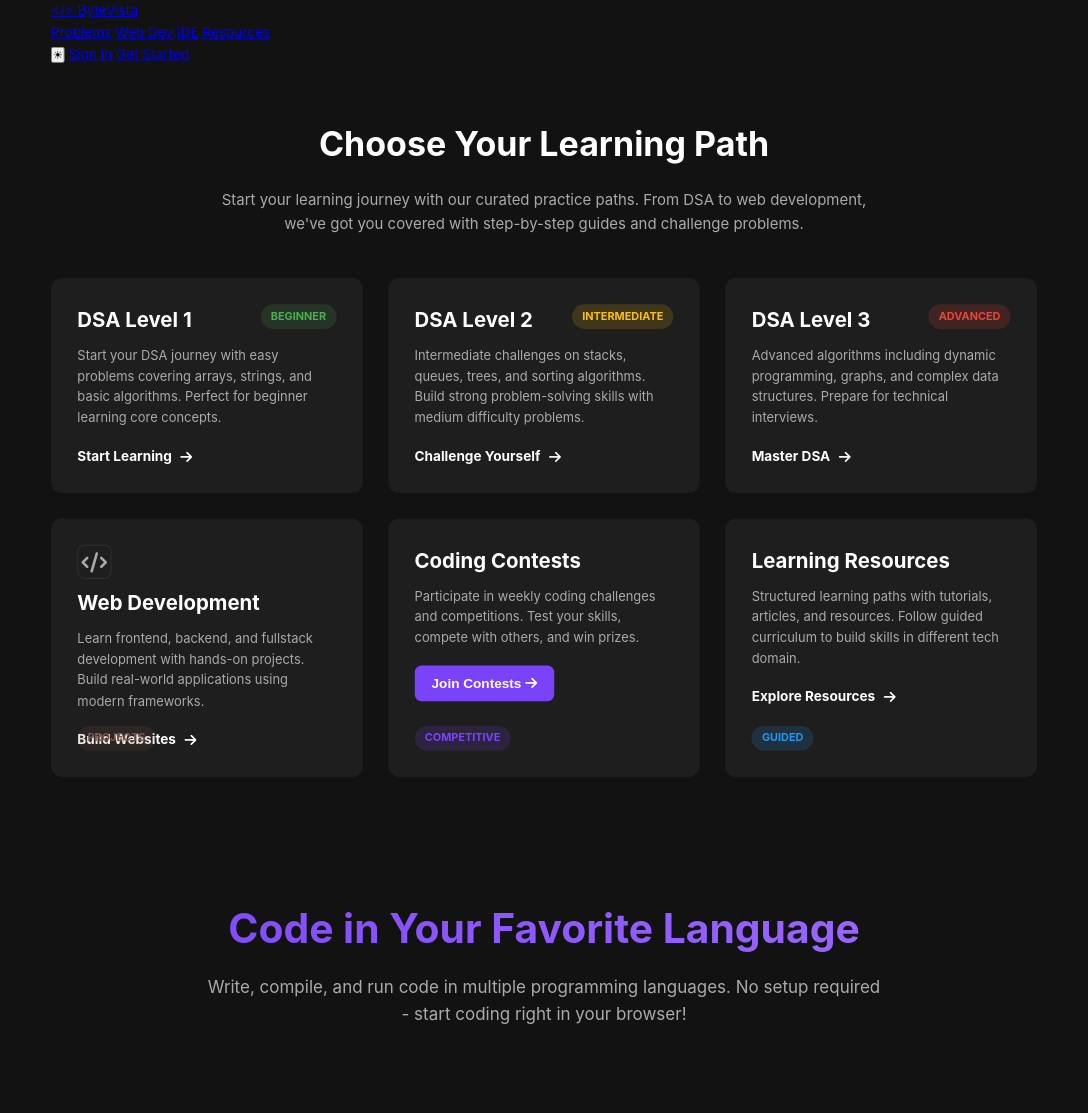
Repository: biswaranjansatapathy2005-lang/ByteVista
Page: frontend/course/course.html
The author's editor kept a copy of each file at every save. The page is drawn from the files as they stood at one save, then again after the next save.
The browser window is 1280 px wide. The pictures show the whole page, at 85% of full size.

Above is the page before, as saved 2025-12-13 02:35:29.
Console error: TypeError: Cannot read properties of null (reading 'classList')

### frontend/course/course.html
<!DOCTYPE html>
<html lang="en">
<head>
    <meta charset="UTF-8">
    <meta name="viewport" content="width=device-width, initial-scale=1.0">
    <title>ByteVista-style Course Section</title>
    <link rel="stylesheet" href="course.css">
    <link rel="stylesheet" href="https://cdnjs.cloudflare.com/ajax/libs/font-awesome/6.0.0-beta3/css/all.min.css">
</head>
<body>
   <header class="navbar" id="navbar">
        <div class="container nav-container">
            <a href="#" class="brand-logo">
                <span class="logo-icon">&lt;/&gt;</span>
                <span class="logo-text">ByteVista</span>
            </a>

            <nav class="nav-links">
                <a href="#">Problems</a>
                <a href="#">Web Dev</a>
                <a href="#">IDE</a>
                <a href="#">Resources</a>
            </nav>

            <div class="nav-actions">
                 <button class="theme-toggle" aria-label="Toggle Theme">☀</button>
                 <a href="#" class="btn-signin">Sign In</a>
                 <a href="#" class="btn-primary">Get Started</a>
            </div>
        </div>
    </header>
    <script>
    const header = document.querySelector('.main-header');

    window.addEventListener('scroll', () => {
        if (window.scrollY > 10) {
            header.classList.add('scrolled');
        } else {
            header.classList.remove('scrolled');
        }
    });
</script>


    <section class="learning-paths">
        <div class="container">
            <h2 class="section-title">Choose Your Learning Path</h2>
            <p class="section-subtitle">
                Start your learning journey with our curated practice paths. From DSA to web development,
                we've got you covered with step-by-step guides and challenge problems.
            </p>

            <div class="card-grid">
                <a href="#" class="card card-dsa-1">
                    <span class="tag tag-beginner">Beginner</span>
                    <div class="card-content">
                        <h3>DSA Level 1</h3>
                        <p>Start your DSA journey with easy problems covering arrays, strings, and basic algorithms. Perfect for beginner learning core concepts.</p>
                        <div class="card-link">
                            Start Learning <i class="fas fa-arrow-right"></i>
                        </div>
                    </div>
                </a>

                <a href="#" class="card card-dsa-2">
                    <span class="tag tag-intermediate">Intermediate</span>
                    <div class="card-content">
                        <h3>DSA Level 2</h3>
                        <p>Intermediate challenges on stacks, queues, trees, and sorting algorithms. Build strong problem-solving skills with medium difficulty problems.</p>
                        <div class="card-link">
                            Challenge Yourself <i class="fas fa-arrow-right"></i>
                        </div>
                    </div>
                </a>

                <a href="#" class="card card-dsa-3">
                    <span class="tag tag-advanced">Advanced</span>
                    <div class="card-content">
                        <h3>DSA Level 3</h3>
                        <p>Advanced algorithms including dynamic programming, graphs, and complex data structures. Prepare for technical interviews.</p>
                        <div class="card-link">
                            Master DSA <i class="fas fa-arrow-right"></i>
                        </div>
                    </div>
                </a>

                <a href="#" class="card card-web-dev">
                    <span class="icon-indicator"><i class="fas fa-code"></i></span>
                    <span class="tag tag-projects">Projects</span>
                    <div class="card-content">
                        <h3>Web Development</h3>
                        <p>Learn frontend, backend, and fullstack development with hands-on projects. Build real-world applications using modern frameworks.</p>
                        <div class="card-link">
                            Build Websites <i class="fas fa-arrow-right"></i>
                        </div>
                    </div>
                </a>

                <a href="#" class="card card-contests">
                    <span class="tag tag-competitive">Competitive</span>
                    <div class="card-content">
                        <h3>Coding Contests</h3>
                        <p>Participate in weekly coding challenges and competitions. Test your skills, compete with others, and win prizes.</p>
                        <button class="join-btn">Join Contests <i class="fas fa-arrow-right"></i></button>
                    </div>
                </a>

                <a href="#" class="card card-resources">
                    <span class="tag tag-guided">Guided</span>
                    <div class="card-content">
                        <h3>Learning Resources</h3>
                        <p>Structured learning paths with tutorials, articles, and resources. Follow guided curriculum to build skills in different tech domain.</p>
                        <div class="card-link">
                            Explore Resources <i class="fas fa-arrow-right"></i>
                        </div>
                    </div>
                </a>
            </div>
        </div>
    </section>

    <section class="code-section">
        <h2 class="code-title">Code in Your Favorite Language</h2>
        <p class="code-subtitle">
            Write, compile, and run code in multiple programming languages. No setup required - start coding right in your browser!
        </p>
    </section>

    <script src="course.js"></script>
</body>
</html>

### frontend/course/course.css
/* Base Styles for Dark Theme */
:root {
    --color-background: #121212; /* Very dark background */
    --color-card-bg: #1e1e1e; /* Slightly lighter card background */
    --color-text-primary: #ffffff;
    --color-text-secondary: #aaaaaa;
    --color-accent-purple: #7b43f9; /* Main CTA purple */
    --color-border-subtle: #333333;
    --color-shadow: rgba(0, 0, 0, 0.4);

    /* Tag Colors (adjust as needed) */
    --tag-beginner-bg: rgba(76, 175, 80, 0.15); /* Greenish */
    --tag-beginner-text: #4caf50;
    --tag-intermediate-bg: rgba(255, 193, 7, 0.15); /* Yellowish */
    --tag-intermediate-text: #ffc107;
    --tag-advanced-bg: rgba(244, 67, 54, 0.15); /* Reddish */
    --tag-advanced-text: #f44336;
    --tag-projects-bg: rgba(121, 85, 72, 0.15); /* Browish */
    --tag-projects-text: #795548;
    --tag-competitive-bg: rgba(123, 67, 249, 0.15); /* Purpleish */
    --tag-competitive-text: #7b43f9;
    --tag-guided-bg: rgba(33, 150, 243, 0.15); /* Bluish */
    --tag-guided-text: #2196f3;
}

* {
    box-sizing: border-box;
    margin: 0;
    padding: 0;
}

body {
    font-family: 'Inter', sans-serif; /* Use a modern font-family */
    background-color: var(--color-background);
    color: var(--color-text-primary);
    line-height: 1.6;
    min-height: 100vh;
}

.container {
    max-width: 1200px;
    margin: 0 auto;
    padding: 0 20px;
}

/* Header Styling - Mock-up based on image */
.main-header {
    display: flex;
    justify-content: space-between;
    align-items: center;
    padding: 20px 40px;
    border-bottom: 1px solid var(--color-border-subtle);
    position: fixed;
    background: rgba(18, 18, 18, 0.25); /* transparent dark */
    backdrop-filter: blur(12px);        /* glass blur */
    -webkit-backdrop-filter: blur(12px);

    border-bottom: 1px solid rgba(255, 255, 255, 0.05);

    transition:
        padding 0.25s ease,
        background 0.25s ease,
        border-color 0.3s ease,
        backdrop-filter 0.3s ease;

    top: 0;
    left: 0;
    width: 100%;
    z-index: 999;
}
.main-header.scrolled {
    background: rgba(18, 18, 18, 0.55);         /* stronger background */
    backdrop-filter: blur(18px);
    -webkit-backdrop-filter: blur(18px);

    padding: 12px 40px;                         /* tighten navbar */
    border-bottom: 1px solid rgba(255, 255, 255, 0.12);
}

.logo {
    font-size: 1.25rem;
    color: var(--color-text-primary);
}

nav ul {
    list-style: none;
    display: flex;
}

nav ul li a {
    text-decoration: none;
    color: var(--color-text-secondary);
    padding: 10px 15px;
    transition: color 0.3s;
}

nav ul li a:hover {
    color: var(--color-text-primary);
}

.user-actions .sign-in {
    background: none;
    border: none;
    color: var(--color-text-secondary);
    padding: 10px 20px;
    cursor: pointer;
}

.user-actions .get-started {
    background-color: var(--color-accent-purple);
    color: var(--color-text-primary);
    border: none;
    border-radius: 8px;
    padding: 10px 20px;
    cursor: pointer;
    font-weight: bold;
    transition: background-color 0.3s;
}

.user-actions .get-started:hover {
    background-color: #9c6eff; /* Lighter purple on hover */
}

/* Section Title and Subtitle */
.learning-paths {
    padding: 60px 0;
}

.section-title {
    text-align: center;
    font-size: 2.5rem;
    margin-bottom: 20px;
}

.section-subtitle {
    text-align: center;
    color: var(--color-text-secondary);
    max-width: 800px;
    margin: 0 auto 50px;
    font-size: 1.1rem;
}

/* Card Grid Layout */
.card-grid {
    display: grid;
    grid-template-columns: repeat(3, 1fr); /* 3 columns for the main section */
    gap: 30px;
}

/* Card General Style */
.card {
    display: block; /* Make the whole card clickable */
    text-decoration: none;
    background-color: var(--color-card-bg);
    border-radius: 12px;
    padding: 30px;
    position: relative;
    overflow: hidden;
    color: var(--color-text-primary);
    border: 1px solid var(--color-card-bg); /* Initial border */

    /* Transition for subtle animation */
    transition: transform 0.3s ease, box-shadow 0.3s ease, border-color 0.3s ease;
}

.card:hover {
    transform: translateY(-5px); /* Lift effect */
    box-shadow: 0 15px 30px var(--color-shadow); /* Stronger shadow */
    border-color: var(--color-accent-purple); /* Border highlight */
}

.card h3 {
    font-size: 1.5rem;
    margin-bottom: 10px;
}

.card p {
    color: var(--color-text-secondary);
    margin-bottom: 20px;
    font-size: 0.95rem;
}

/* Tag Styles */
.tag {
    position: absolute;
    top: 30px;
    right: 30px;
    padding: 4px 12px;
    border-radius: 20px;
    font-size: 0.8rem;
    font-weight: bold;
    text-transform: uppercase;
}

.tag-beginner {
    background-color: var(--tag-beginner-bg);
    color: var(--tag-beginner-text);
}

.tag-intermediate {
    background-color: var(--tag-intermediate-bg);
    color: var(--tag-intermediate-text);
}

.tag-advanced {
    background-color: var(--tag-advanced-bg);
    color: var(--tag-advanced-text);
}

.tag-projects, .tag-competitive, .tag-guided {
    right: auto;
    left: 30px;
    top: auto;
    bottom: 30px;
    padding: 4px 12px;
}

.tag-projects {
    background-color: var(--tag-projects-bg);
    color: var(--tag-projects-text);
}

.tag-competitive {
    background-color: var(--tag-competitive-bg);
    color: var(--tag-competitive-text);
}

.tag-guided {
    background-color: var(--tag-guided-bg);
    color: var(--tag-guided-text);
}

/* Card Link/CTA Styling */
.card-link {
    color: var(--color-text-primary);
    font-weight: bold;
    display: flex;
    align-items: center;
    gap: 10px;
    transition: color 0.3s;
}

.card:hover .card-link {
    color: var(--color-accent-purple);
}

.card-link i {
    transition: transform 0.3s;
}

/* Animation: Arrow move on hover */
.card:hover .card-link i {
    transform: translateX(5px);
}

/* Specific styling for the Web Development card's icon indicator (left) */
.icon-indicator {
    position: absolute;
    top: 30px;
    left: 30px;
    font-size: 1.5rem;
    color: var(--color-text-secondary);
    width: 40px;
    height: 40px;
    display: flex;
    justify-content: center;
    align-items: center;
    border: 1px solid var(--color-border-subtle);
    border-radius: 8px;
    transition: color 0.3s, border-color 0.3s;
}

.card-web-dev:hover .icon-indicator {
    color: var(--color-accent-purple);
    border-color: var(--color-accent-purple);
}

/* Adjust content position for cards with top-left elements */
.card-web-dev .card-content {
    margin-top: 50px;
}

/* Join Contests Button (Purple CTA button inside the card) */
.join-btn {
    background-color: var(--color-accent-purple);
    color: var(--color-text-primary);
    border: none;
    border-radius: 8px;
    padding: 12px 20px;
    cursor: pointer;
    font-weight: bold;
    font-size: 1rem;
    transition: background-color 0.3s, transform 0.3s;
}

.join-btn:hover {
    background-color: #9c6eff;
    transform: scale(1.02);
}

/* Second Section (Code in Your Favorite Language) */
.code-section {
    text-align: center;
    padding: 80px 0 100px;
}

.code-title {
    font-size: 3rem;
    margin-bottom: 15px;
    background: linear-gradient(90deg, #7b43f9, #a06eff); /* Purple gradient */
    -webkit-background-clip: text;
    -webkit-text-fill-color: transparent;
    background-clip: text;
    -webkit-text-fill-color: transparent;
}

.code-subtitle {
    font-size: 1.25rem;
    color: var(--color-text-secondary);
    max-width: 800px;
    margin: 0 auto;
}

### frontend/course/course.js
document.addEventListener('DOMContentLoaded', () => {
    const cards = document.querySelectorAll('.card');

    cards.forEach(card => {
        card.addEventListener('mousemove', handleMouseMove);
        card.addEventListener('mouseleave', handleMouseLeave);
    });
    // GLASS NAVBAR SCROLL EFFECT
const header = document.querySelector('.main-header');

window.addEventListener('scroll', () => {
    if (window.scrollY > 10) {
        header.classList.add('scrolled');
    } else {
        header.classList.remove('scrolled');
    }
});

    /**
     * Calculates and applies a subtle 3D tilt effect on mouse movement.
     * @param {MouseEvent} e - The mouse event object.
     */
    function handleMouseMove(e) {
        const card = e.currentTarget;
        const rect = card.getBoundingClientRect();

        // Get coordinates relative to the center of the card
        const x = e.clientX - rect.left - rect.width / 2;
        const y = e.clientY - rect.top - rect.height / 2;

        // Calculate rotation angles
        // The max tilt is set to 5 degrees for a subtle effect
        const rotateX = (-1 * (y / rect.height) * 5).toFixed(2);
        const rotateY = ((x / rect.width) * 5).toFixed(2);

        // Apply transform. The 'translateZ' makes it feel like it's lifting forward.
        card.style.transition = 'none'; // Disable transition for smooth real-time tilt
        card.style.transform = `perspective(1000px) rotateX(${rotateX}deg) rotateY(${rotateY}deg) scale(1.01)`;

        // Optional: Add a subtle inner shadow/glow based on position
        const shadowX = (x / rect.width) * 30;
        const shadowY = (y / rect.height) * 30;
        card.style.boxShadow = `
            ${-shadowX}px ${-shadowY}px 50px rgba(123, 67, 249, 0.3),
            0 15px 30px var(--color-shadow)
        `;
    }

    /**
     * Resets the card transform when the mouse leaves.
     * @param {MouseEvent} e - The mouse event object.
     */
    function handleMouseLeave(e) {
        const card = e.currentTarget;

        // Re-enable transition for smooth reset
        card.style.transition = 'transform 0.5s ease, box-shadow 0.5s ease, border-color 0.3s ease';

        // Reset transform and box-shadow to the initial CSS state
        card.style.transform = 'perspective(1000px) rotateX(0deg) rotateY(0deg) scale(1)';
        card.style.boxShadow = `0 15px 30px var(--color-shadow)`;
    }
});

After the next save:
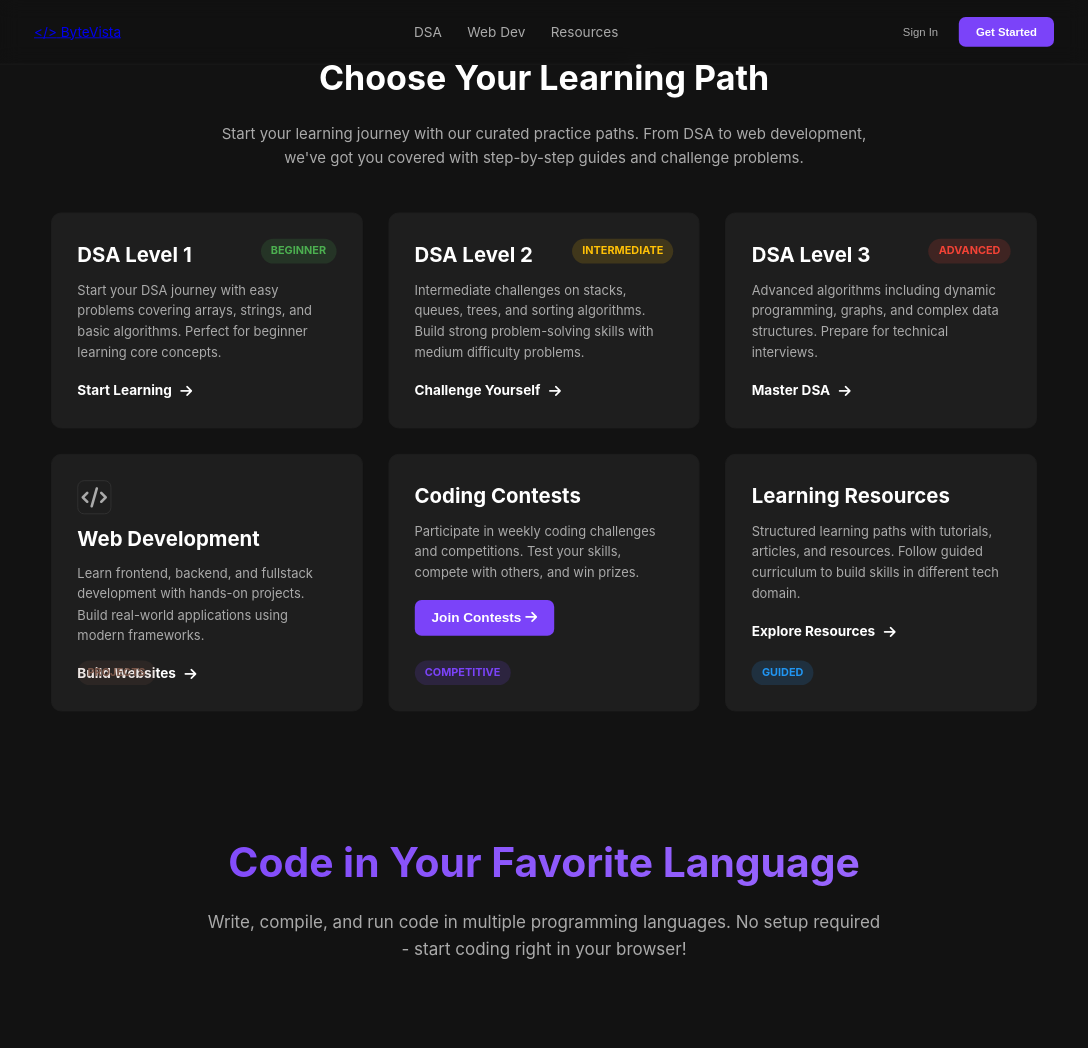
The error is gone.
Saved 31 s later.
--- a/frontend/course/course.html
+++ b/frontend/course/course.html
@@ -8,25 +8,20 @@
     <link rel="stylesheet" href="https://cdnjs.cloudflare.com/ajax/libs/font-awesome/6.0.0-beta3/css/all.min.css">
 </head>
 <body>
-   <header class="navbar" id="navbar">
-        <div class="container nav-container">
-            <a href="#" class="brand-logo">
+    <header class="main-header">
+         <a href="#" class="brand-logo">
                 <span class="logo-icon">&lt;/&gt;</span>
                 <span class="logo-text">ByteVista</span>
-            </a>
-
-            <nav class="nav-links">
-                <a href="#">Problems</a>
-                <a href="#">Web Dev</a>
-                <a href="#">IDE</a>
-                <a href="#">Resources</a>
-            </nav>
-
-            <div class="nav-actions">
-                 <button class="theme-toggle" aria-label="Toggle Theme">☀</button>
-                 <a href="#" class="btn-signin">Sign In</a>
-                 <a href="#" class="btn-primary">Get Started</a>
-            </div>
+        <nav>
+            <ul>
+                <li><a href="#">DSA</a></li>
+                <li><a href="#">Web Dev</a></li>
+                <li><a href="#">Resources</a></li>
+            </ul>
+        </nav>
+        <div class="user-actions">
+            <button class="sign-in">Sign In</button>
+            <button class="get-started">Get Started</button>
         </div>
     </header>
     <script>
